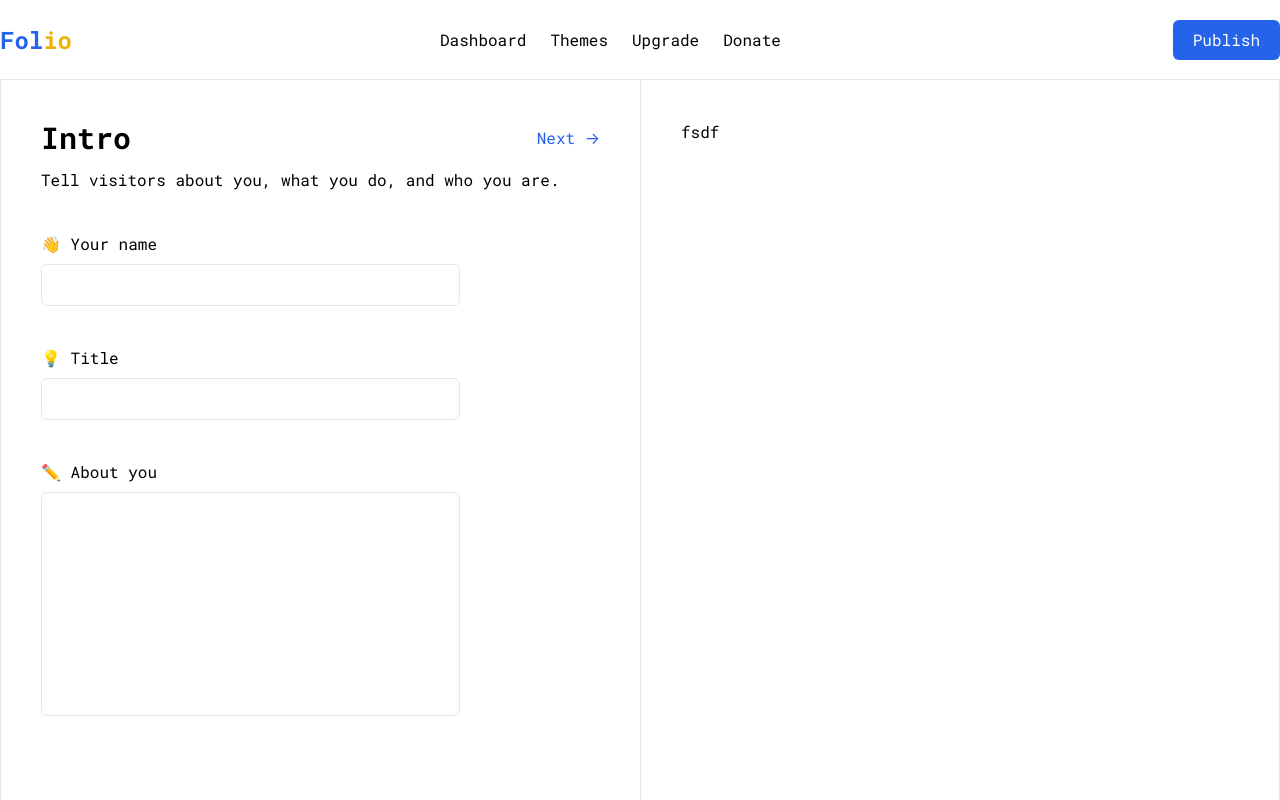
Repository: langford-dev/follio
Page: /
An editor plug-in stored every save of this project. The page is shown before and after a run of saves, followed by the edit.
The browser window is 1280 px wide. The pictures show the whole page.
The project was rebuilt for these pictures with package versions that can differ from the ones it lists, and the page was loaded fresh each time. The framework's server and built-in components were replaced by stand-ins that run in the browser. Also part of the build but not shown: next.config.js.

Above is the page before, as saved 2022-03-19 11:35:41.

### pages/_app.js
import { AppProvider } from '../context/context'
import '../styles/globals.css'

function MyApp({ Component, pageProps }) {
  return <AppProvider>
    <Component {...pageProps} />
  </AppProvider>
}

export default MyApp

### pages/index.js
import EditView from '../components/body'
import Header from '../components/header'

export default function Home() {
  return <div>
    <Header />
    <EditView />
  </div>
}

### context/context.js
import { useState } from "react"
import { createContext, useEffect } from "react"

export const AppContext = createContext()

export const AppProvider = ({ children }) => {
    const [viewCount, setViewCount] = useState(0)
    const maxViewCount = 2

    const next = () => {
        setViewCount(viewCount + 1)
        console.log('next', viewCount)
    }

    const previous = () => {
        setViewCount(viewCount - 1)
        console.log('previous', viewCount)
    }

    return <AppContext.Provider value={{
        viewCount,
        next,
        previous,
        maxViewCount
    }}>
        {children}
    </AppContext.Provider>
}

### styles/globals.css
/* @import url('https://fonts.googleapis.com/css2?family=Poppins:wght@300;400;500;600;700;800&display=swap'); */
@import url('https://fonts.googleapis.com/css2?family=Roboto+Mono:wght@100;200;300;400;500;600;700&display=swap');

@tailwind base;
@tailwind components;
@tailwind utilities;


html,
body {
  /* background: #e2e8f013; */
  padding: 0;
  margin: 0;
}

a {
  color: inherit;
  text-decoration: none;
}

* {
  box-sizing: border-box;
  font-family: "Roboto Mono", -apple-system, BlinkMacSystemFont, Segoe UI, Roboto, Oxygen,
    Ubuntu, Cantarell, Fira Sans, Droid Sans, Helvetica Neue, sans-serif;
}

### components/body.js
import { useState, useContext } from "react"
import { AppContext } from "../context/context"
import ViewTitle from "./viewTitle"

const styles = {
    pageView: `m-auto max-w-screen-xl h-screen pt-20`,
    flexView: `flex h-screen`,
    editingView: `w-1/2 p-10 border-l`,
    preview: `border-l w-1/2 p-10 border-r`,
    inputContainer: `flex flex-col mt-10`,
    input: `border p-2 outline-none mt-2 w-9/12 rounded-md`,
    textArea: `border p-2 outline-none mt-2 w-9/12 rounded-md resize-none h-56`,
    label: ``,
}

const IntroView = () => {
    return <div className={styles.editingView}>
        <ViewTitle title="Intro" subtitle="Tell visitors about you, what you do, and who you are." />

        <div className={styles.inputContainer}>
            <label className={styles.label}>👋 Your name</label>
            <input type="text" className={styles.input} />
        </div>
        <div className={styles.inputContainer}>
            <label className={styles.label}>💡 Title</label>
            <input type="text" className={styles.input} />
        </div>
        <div className={styles.inputContainer}>
            <label className={styles.label}>✏️ About you</label>
            <textarea type="text" className={styles.textArea} />
        </div>
    </div>
}

const SkillsView = () => {
    return <div className={styles.editingView}>
        <ViewTitle title="Your skills" subtitle="Tools, languages, software, and tech you use" />
    </div>
}

const SocialsView = () => {
    return <div className={styles.editingView}>
        <ViewTitle title="Your socials" subtitle="Let visitors connect with you through your socials" />
    </div>
}

const EditView = () => {
    const { previous, next, viewCount } = useContext(AppContext)

    const dynamicViews = () => {
        switch (viewCount) {
            case 0:
                return <IntroView />
                break;

            case 1:
                return <SkillsView />
                break;

            case 2:
                return <SocialsView />
                break;

            default:
                break;
        }
    }

    return <div className={styles.pageView}>
        <div className={styles.flexView}>
            {/* <div className={styles.editingView}>
                <div>
                    <div className={styles.pageTitleView}>
                        <p className={styles.title}>Intro.</p>
                        <p className={styles.textButton}>Next &rarr;</p>
                    </div>
                    <p className="mt-3 mb-5">Tell visitors about you, what you do, and who you are.</p>
                </div>
                <div className={styles.inputContainer}>
                    <label className={styles.label}>👋 Your name</label>
                    <input type="text" className={styles.input} />
                </div>
                <div className={styles.inputContainer}>
                    <label className={styles.label}>💡 Title</label>
                    <input type="text" className={styles.input} />
                </div>
                <div className={styles.inputContainer}>
                    <label className={styles.label}>✏️ About you</label>
                    <textarea type="text" className={styles.textArea} />
                </div>
            </div> */}

            {dynamicViews()}
            <div className={styles.preview}>fsdf</div>
        </div>
    </div>
}

export default EditView

### components/header.js
import Link from "next/link"
import Logo from "./logo"

const styles = {
    header: `border-b h-20 bg-white fixed w-screen top-0 left-0`,
    headerWrapper: `m-auto max-w-screen-xl h-full flex items-center justify-between`,
    button: `select-none bg bg-blue-600 text-white h-10 px-5 flex items-center justify-center rounded-md cursor-pointer`,
    nav: `flex`,
    navLink: `mr-6 hover:text-blue-600 cursor-pointer`,
}

const Header = () => {
    return <header className={styles.header}>
        <div className={styles.headerWrapper}>
            <Logo />
            <nav className={styles.nav}>
                <Link passHref={true} href="/"><p className={styles.navLink}>Dashboard</p></Link>
                <Link passHref={true} href="/"><p className={styles.navLink}>Themes</p></Link>
                <Link passHref={true} href="/"><p className={styles.navLink}>Upgrade</p></Link>
                <Link passHref={true} href="/"><p className={styles.navLink}>Donate</p></Link>
            </nav>
            <div className="flex items-center">
                <div className={styles.button}>Publish</div>
            </div>
        </div>
    </header>
}

export default Header

### components/viewTitle.js
import { useContext } from "react"
import { AppContext } from "../context/context"

const styles = {
    title: `text-3xl font-bold`,
    textButton: `text-blue-600 cursor-pointer select-none`,
    pageTitleView: `flex items-center justify-between`,
}

const ViewTitle = ({ title, subtitle }) => {
    const { previous, next, viewCount, maxViewCount } = useContext(AppContext)

    return <div>
        <div className={styles.pageTitleView}>
            <p className={styles.title}>{title}</p>
            <div className="flex">
                {
                    viewCount > 0 ? <p className={styles.textButton} onClick={() => previous()}>&larr; Previous</p> : <div></div>
                }
                <div className="mx-7" />
                {
                    viewCount < maxViewCount ? <p className={styles.textButton} onClick={() => next()}>Next &rarr;</p> : <div></div>
                }
            </div>
        </div>
        <p className="mt-3 mb-5">{subtitle}</p>
    </div>
}

export default ViewTitle

### components/logo.js
const Logo = () => {
    return <p className="font-bold text-2xl text-blue-600">Fol<span className="text-yellow-500">io</span></p>
}

export default Logo

Loaded but not shown: tailwind.config.js (common file)

After the next 5 saves:
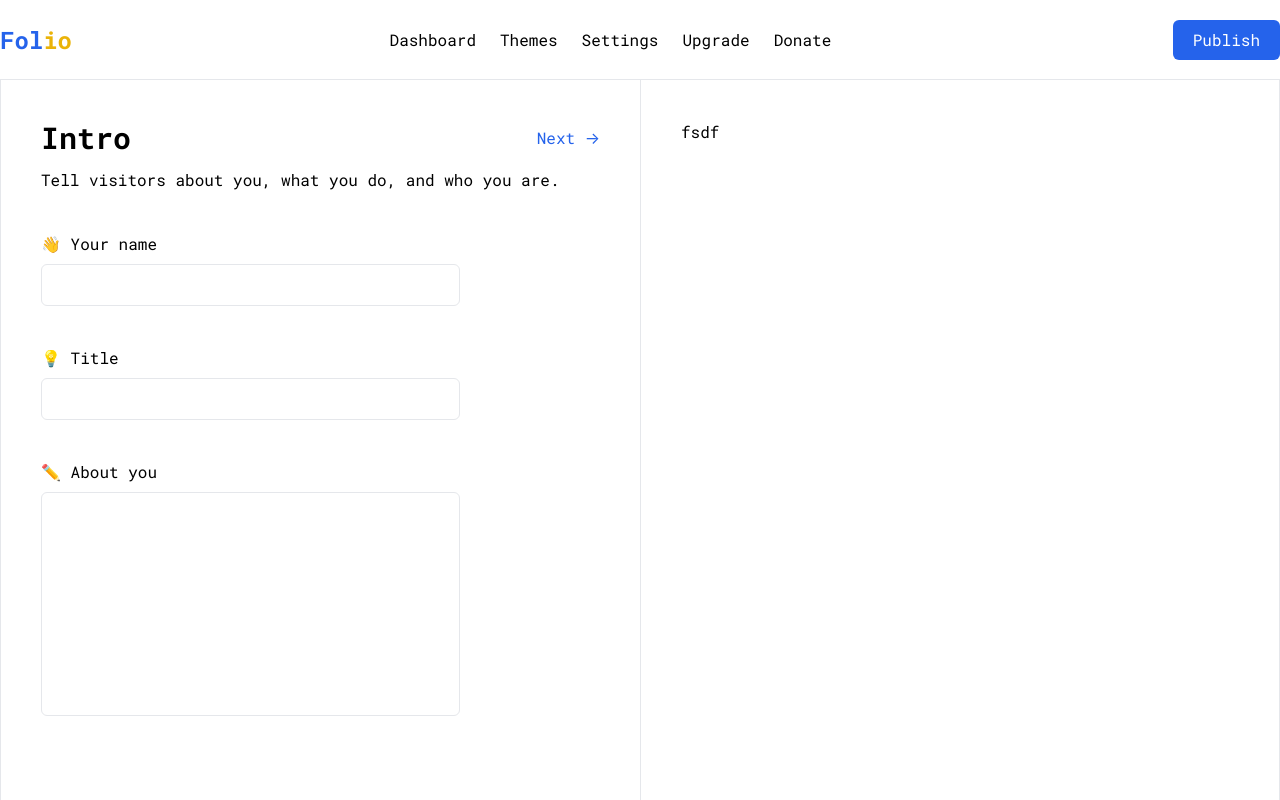
The 5 saves are shown as one change because they came seconds apart.
The last was saved 34 s later.
--- a/components/header.js
+++ b/components/header.js
@@ -16,6 +16,7 @@ const Header = () => {
             <nav className={styles.nav}>
                 <Link passHref={true} href="/"><p className={styles.navLink}>Dashboard</p></Link>
                 <Link passHref={true} href="/"><p className={styles.navLink}>Themes</p></Link>
+                <Link passHref={true} href="/"><p className={styles.navLink}>Settings</p></Link>
                 <Link passHref={true} href="/"><p className={styles.navLink}>Upgrade</p></Link>
                 <Link passHref={true} href="/"><p className={styles.navLink}>Donate</p></Link>
             </nav>
